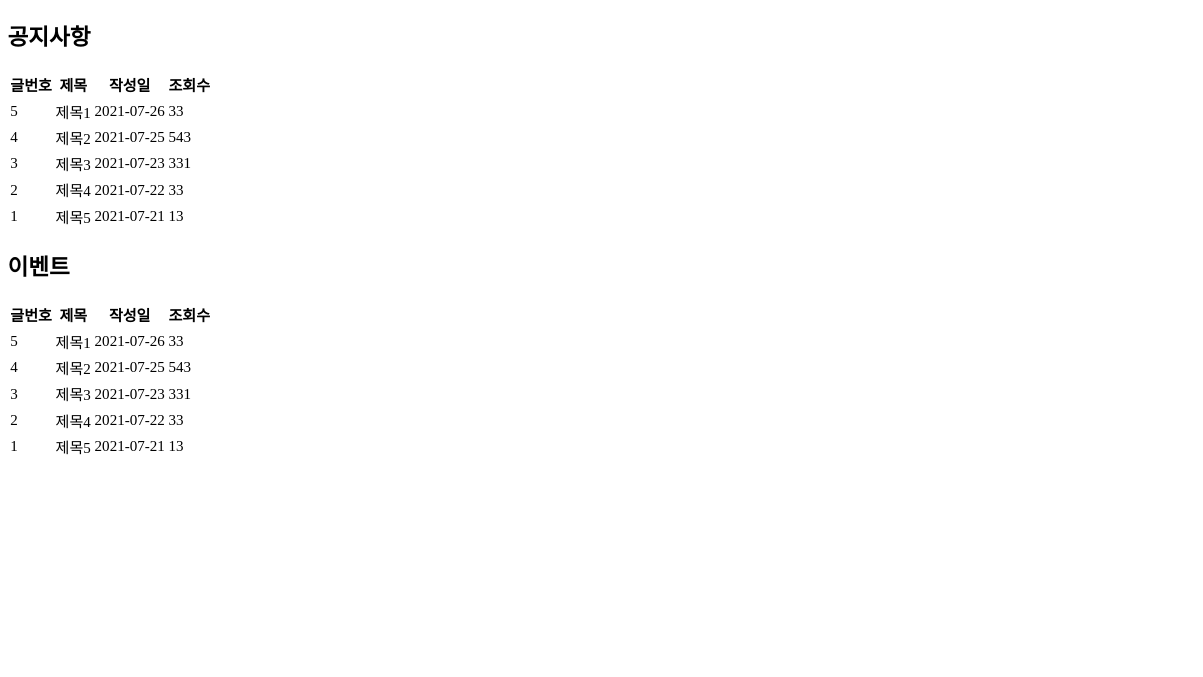
Repository: cdnwell/Jsp
Page: http://localhost/Step01/07_index.jsp
The author's editor kept a copy of each file at every save. The page is drawn from the files as they stood at one save, then again after the next save.
The browser window is 1280 px wide. The pictures show the whole page, at 94% of full size.
The page is served by Tomcat 9.

Above is the page before, as saved 2022-06-29 05:45:03.

After the next save:
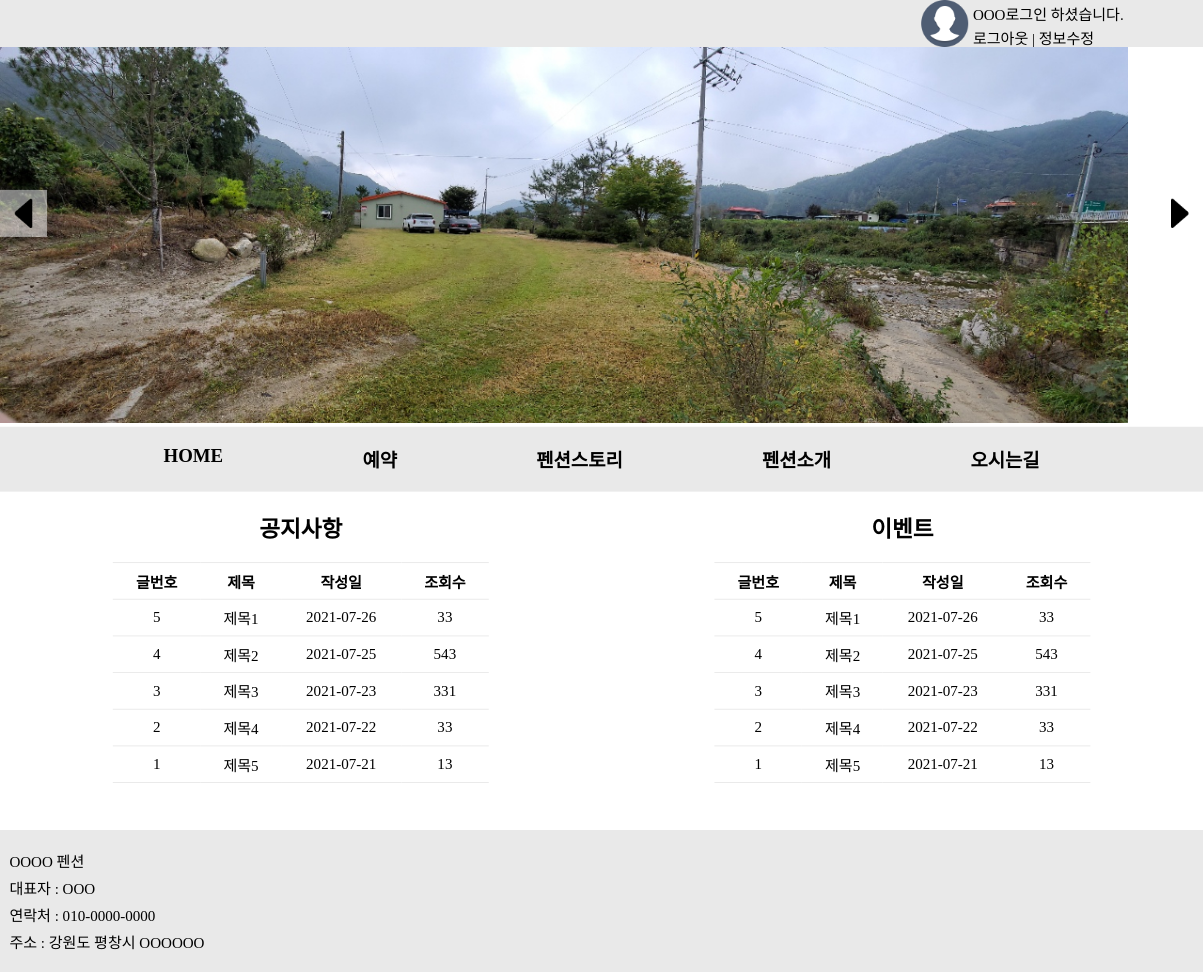
Saved 76 s later.
--- a/Step01/src/main/webapp/07_index.jsp
+++ b/Step01/src/main/webapp/07_index.jsp
@@ -10,6 +10,7 @@
 
 </head>
 <body>
+<jsp:include page="template/pheader.jsp"></jsp:include>
         <section>
             <article>
                 <h2>공지사항</h2>
@@ -94,6 +95,6 @@
                 </table>
             </article>
         </section>
-
+<jsp:include page="template/pfooter.jsp"></jsp:include>
 </body>
 </html>
